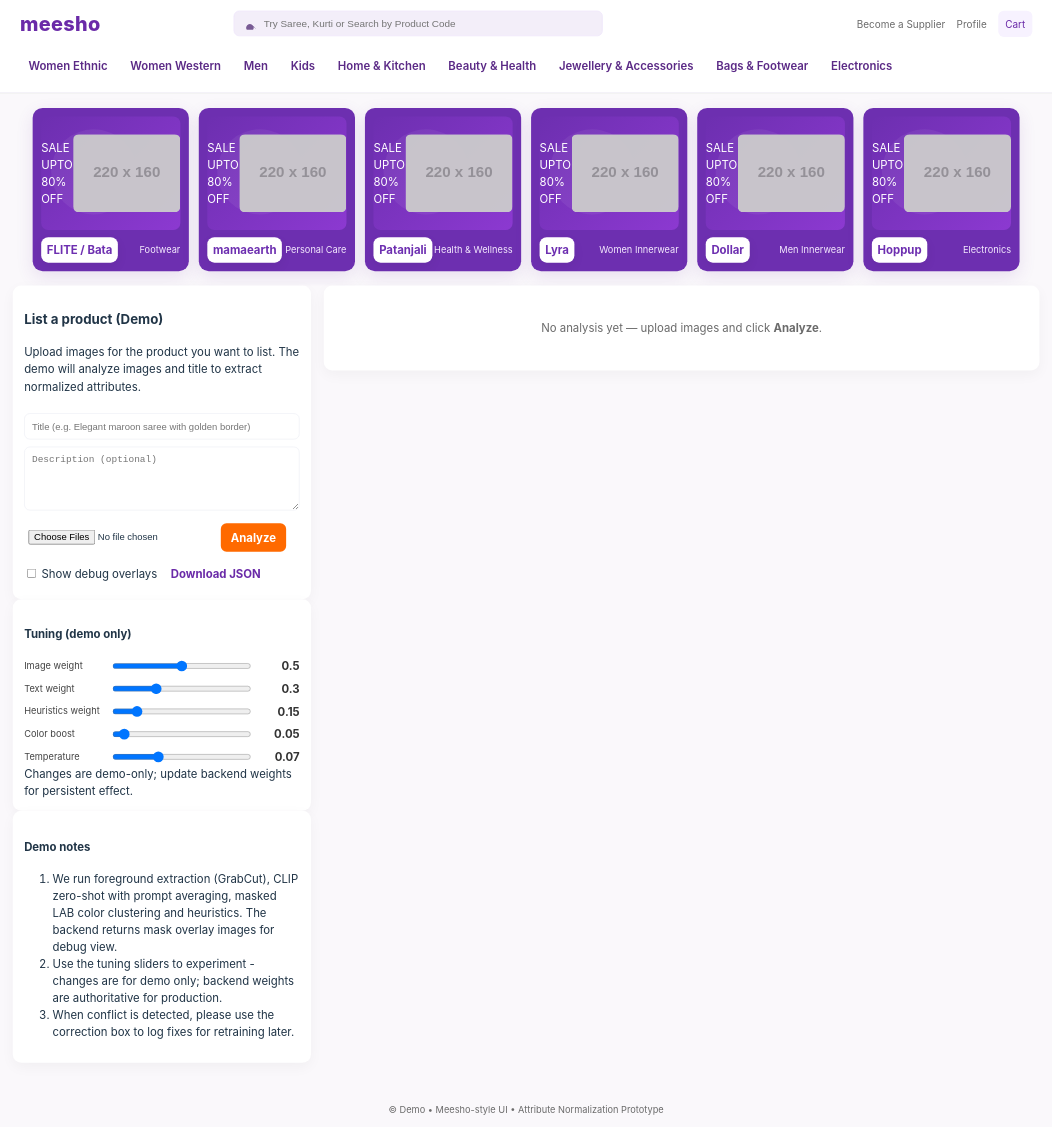
Repository: mazerunner1001/DICE-Hackathon--Semantic-Attribute-Normalization-with-Generative-AI-and-Seller-Feedback-Loops
Page: / (app in frontend/)
These files come from the project's save history. The page is drawn as it stood at one moment and after the next save; the edit follows.
The browser window is 1280 px wide. The page is 1482 px wide, then 1280 px, so the pictures cover 1482 px, including what lies to the right of the window. The pictures show the whole page, at 71% of full size.
An inner scrolling area shows only its first screen. The project was rebuilt for these pictures with package versions that can differ from the ones it lists, and the page was loaded fresh each time. Also part of the build but not shown: frontend/vite.config.js.

Above is the page before, as saved 2025-09-21 22:13:29.

After the next save:
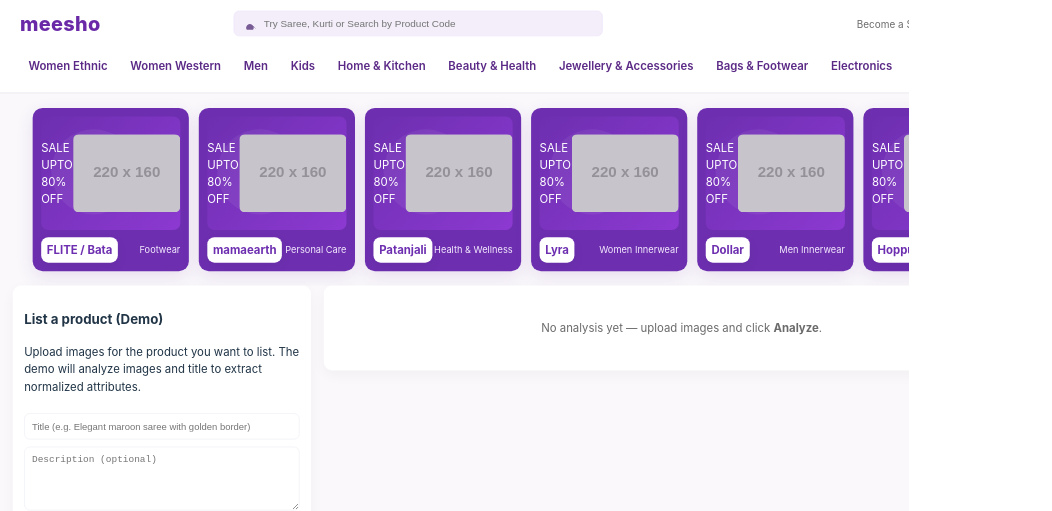
Saved 35 s later.
--- a/frontend/src/App.css
+++ b/frontend/src/App.css
@@ -3,8 +3,9 @@
 /* Basic resets */
 * { box-sizing: border-box; }
 html,body,#root { height:100%; margin:0; font-family: Inter, "Segoe UI", Roboto, Arial, sans-serif; }
+html { overflow-x: hidden; }
 body { overflow-x: hidden; }
-.app { min-height:100vh; display:flex; flex-direction:column; background:#faf8fb; }
+.app { min-height:100vh; display:flex; flex-direction:column; background:#faf8fb; width: 100%; box-sizing: border-box; }
 
 /* Header */
 .mh-header { background: #ffffff; border-bottom: 1px solid #eee; position:sticky; top:0; z-index:30; }
